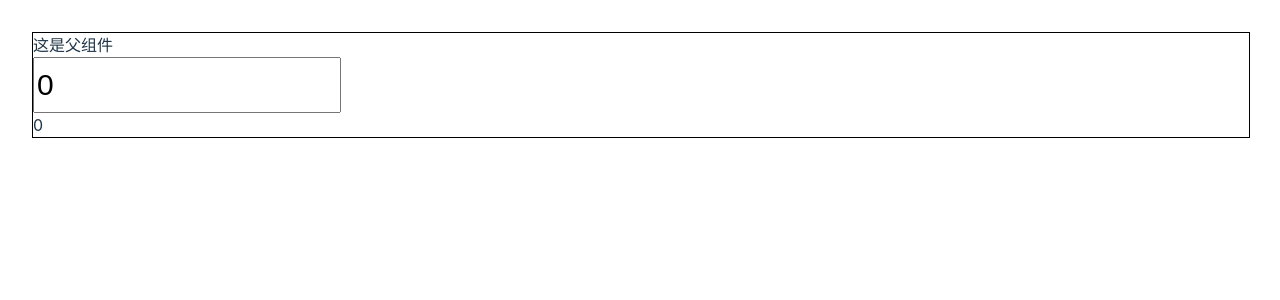
Repository: LeeypOR/management-system
Page: /
These files come from the project's save history. The page is drawn as it stood at one moment and after the next save; the edit follows.
The browser window is 1280 px wide. The pictures show the whole page.
The project was rebuilt for these pictures with package versions that can differ from the ones it lists, and the page was loaded fresh each time. Also part of the build but not shown: vite.config.ts.

Above is the page before, as saved 2023-02-24 21:26:52.
Console error: SyntaxError: Cannot use import statement outside a module

After the next save:
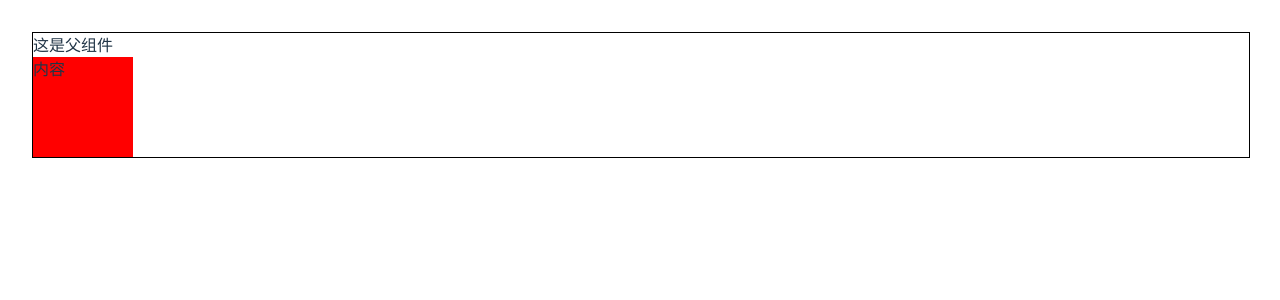
Saved 33 s later.
--- a/src/pages/index.vue
+++ b/src/pages/index.vue
@@ -4,7 +4,8 @@
       这是父组件
     </header>
     <div>
-      <Transition-test></Transition-test>
+      <!-- <Transition-test></Transition-test> -->
+      <Directive></Directive>
     </div>
     <!-- <Teleport to="body">
 
@@ -26,6 +27,7 @@
 <script setup lang="ts">
 import Children1 from '../components/Children1.vue'
 import TransitionTest from '../components/TransitionTest.vue'
+import Directive from '../components/Directive.vue'
 import {reactive,ref} from 'vue'
 
 interface Tree {
